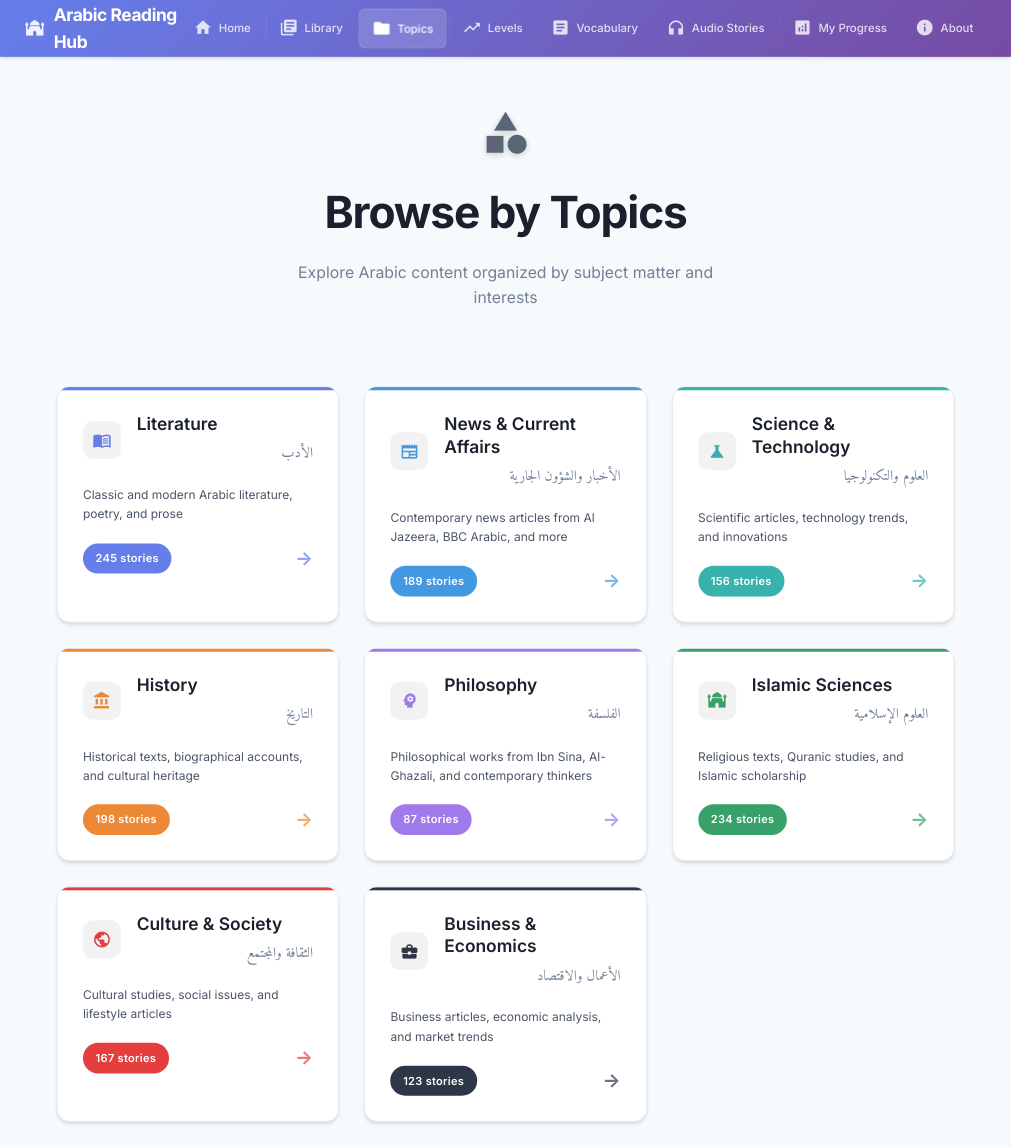
Repository: AhadBAzad/arabic-webapp
Page: /topics
An editor plug-in stored every save of this project. The page is shown before and after the next save, followed by the edit.
The browser window is 1280 px wide. The pictures show the whole page, at 79% of full size.
The project was rebuilt for these pictures with package versions that can differ from the ones it lists, and the page was loaded fresh each time. Also part of the build but not shown: vite.config.ts, src/pages/HomePage.tsx, src/data.ts, src/services/ttsService.ts, src/components/StoryReader.css, src/components/StoryReader.tsx, src/components/StoryList.css, src/components/StoryList.tsx and 21 more.

Above is the page before, as saved 2025-09-30 21:55:40.

After the next save:
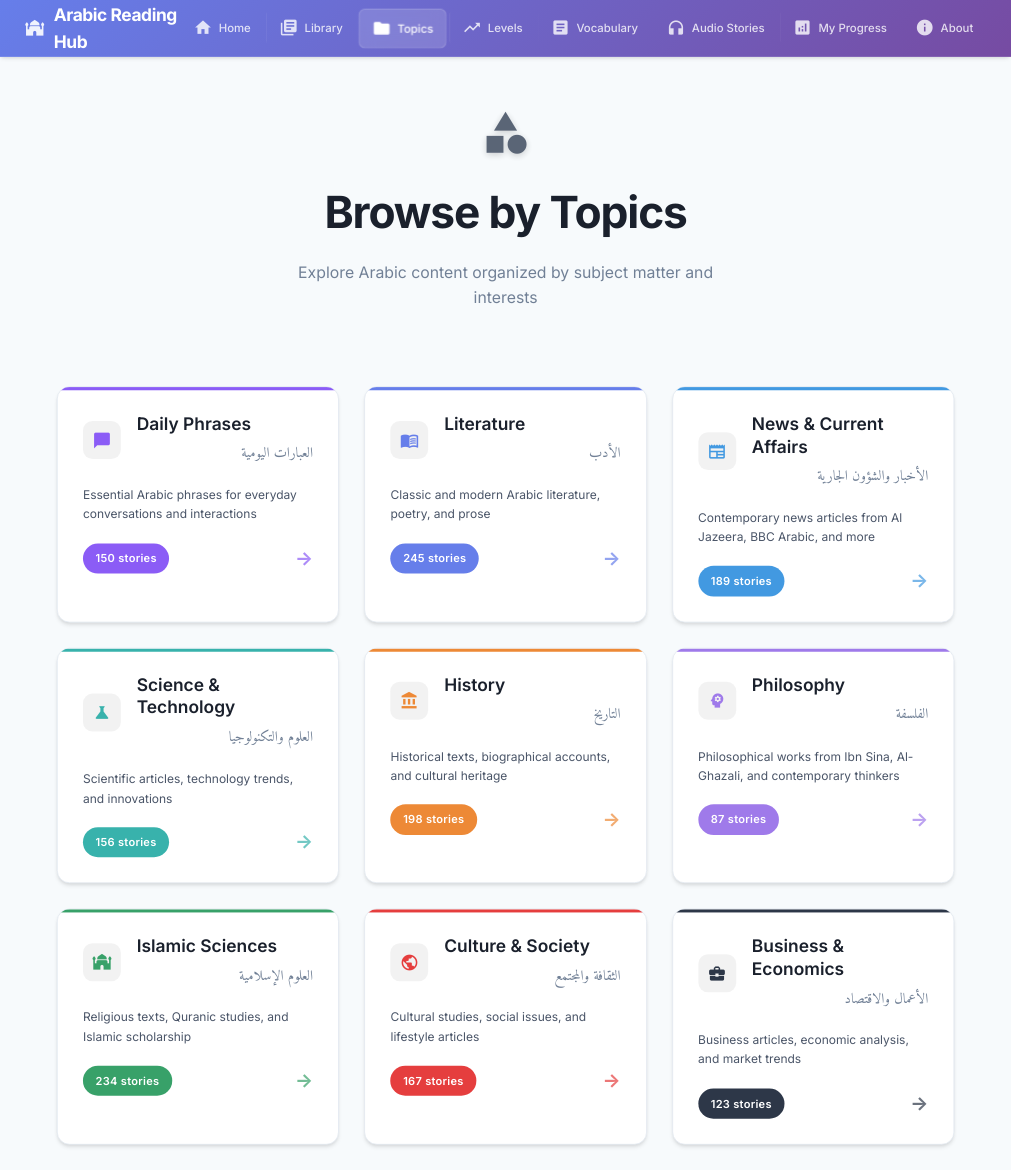
Saved 42 s later.
--- a/src/pages/TopicsPage.tsx
+++ b/src/pages/TopicsPage.tsx
@@ -3,6 +3,15 @@ import './TopicsPage.css';
 
 const TopicsPage = () => {
   const topics = [
+    {
+      id: 'daily-phrases',
+      name: 'Daily Phrases',
+      nameArabic: 'العبارات اليومية',
+      icon: 'chat_bubble',
+      description: 'Essential Arabic phrases for everyday conversations and interactions',
+      storyCount: 150,
+      color: '#8b5cf6'
+    },
     {
       id: 'literature',
       name: 'Literature',
